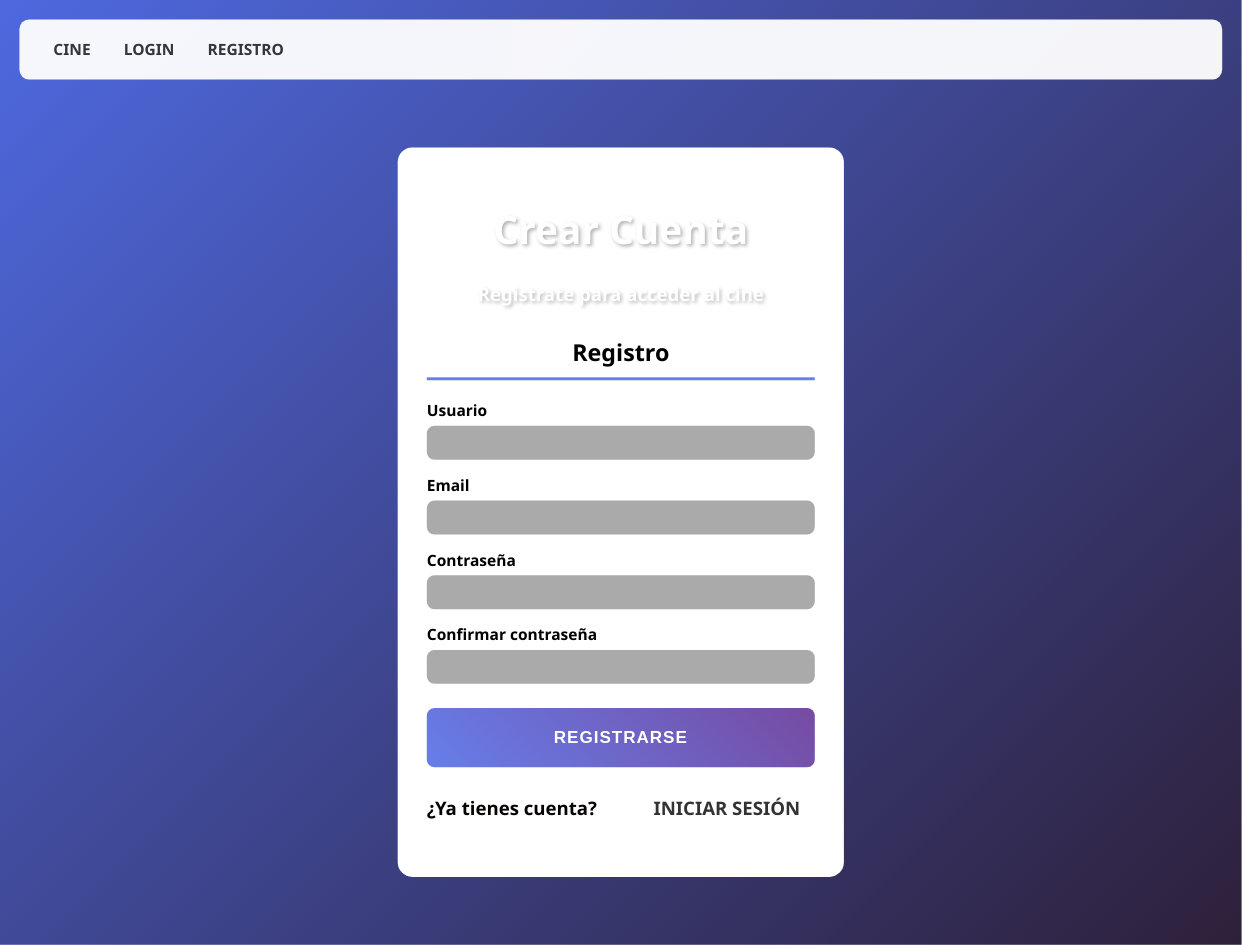
Repository: RoyScc/Practico-Django
Page: http://localhost/register/
The author's editor kept a copy of each file at every save. The page is drawn from the files as they stood at one save, then again after the next save.
The browser window is 1280 px wide. The pictures show the whole page, at 97% of full size.
The page is served by the project's application, run on Django 5.2 (manage.py).

Above is the page before, as saved 2026-05-27 09:08:56.

After the next save:
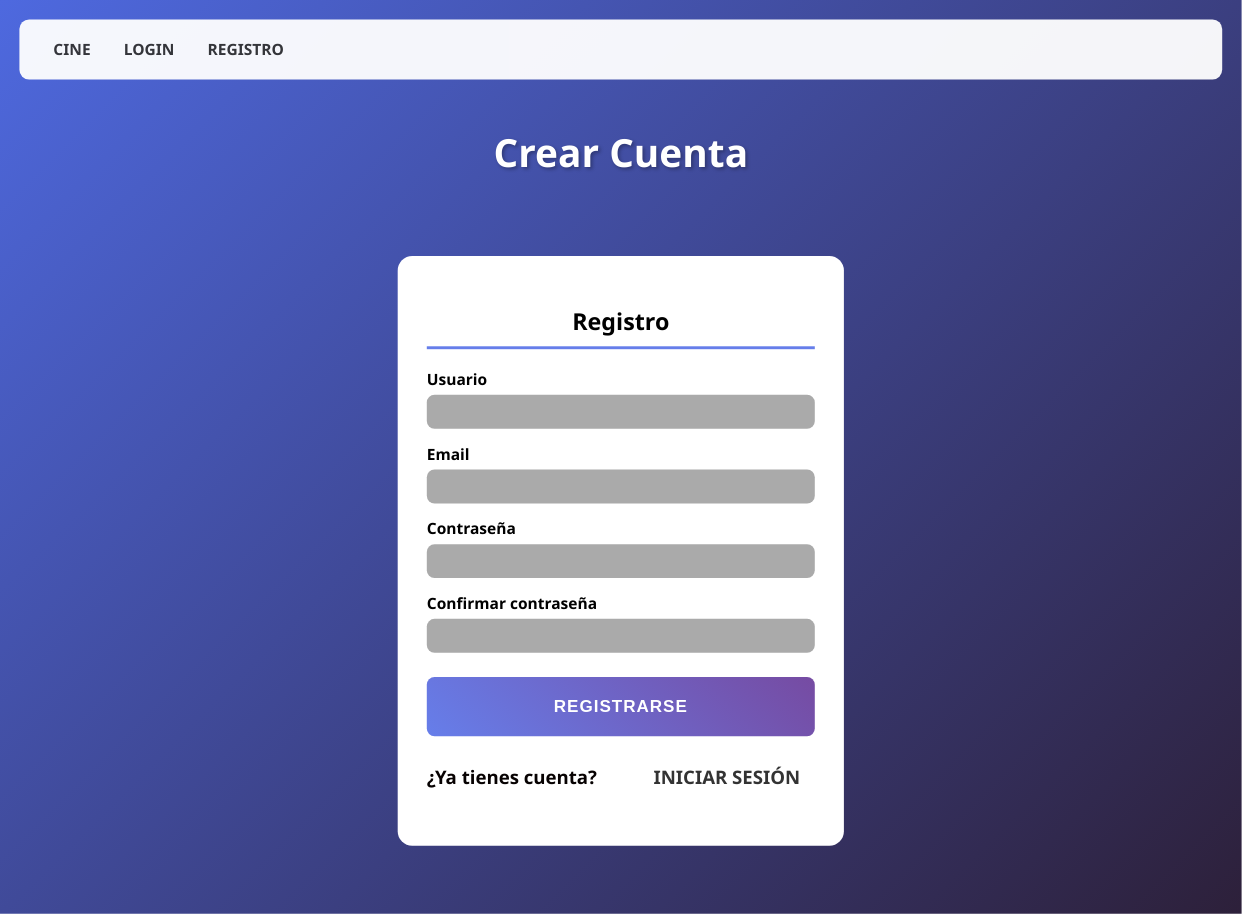
Saved 15 s later.
--- a/tickets/templates/tickets/register.html
+++ b/tickets/templates/tickets/register.html
@@ -4,11 +4,9 @@
 
 {% block body %}
 
+<h1>Crear Cuenta</h1>
+<div class="register-container">
 
-
-<div class="register-container">
-    <h1>Crear Cuenta</h1>
-    <h4>Registrate para acceder al cine</h4>
     <h2 class="h3">Registro</h2>
 
     <form method="POST">
